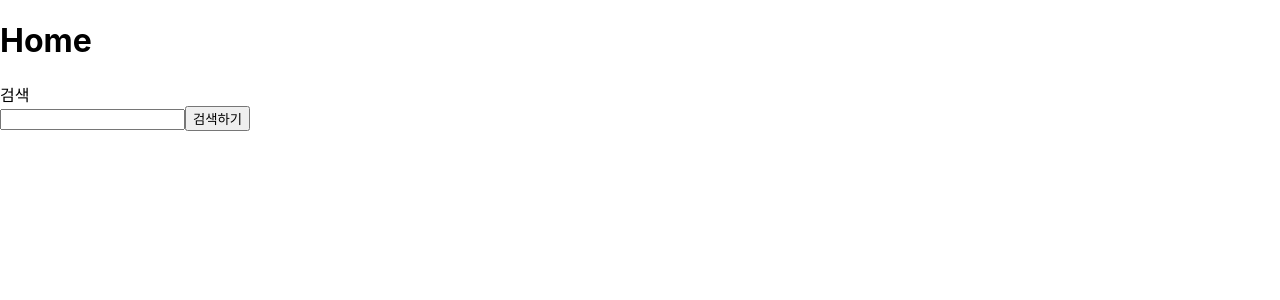
Repository: sunoo-lee/Star-Explore
Page: /
The author's editor kept a copy of each file at every save. The page is drawn from the files as they stood at one save, then again after the next save.
The browser window is 1280 px wide. The pictures show the whole page.
The project was rebuilt for these pictures with package versions that can differ from the ones it lists, and the page was loaded fresh each time.

Above is the page before, as saved 2022-10-14 03:03:38.

After the next save:
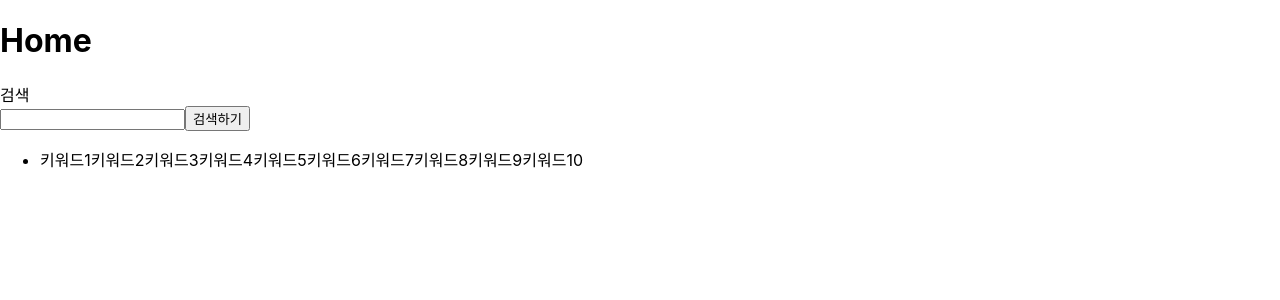
Saved 2 min 25 s later.
--- a/src/routes/Home.js
+++ b/src/routes/Home.js
@@ -10,6 +10,22 @@ const Home = () => {
           <input type="text" />
           <button>검색하기</button>
         </form>
+        <div className="keyword">
+          <ul>
+            <li>
+              <span>키워드1</span>
+              <span>키워드2</span>
+              <span>키워드3</span>
+              <span>키워드4</span>
+              <span>키워드5</span>
+              <span>키워드6</span>
+              <span>키워드7</span>
+              <span>키워드8</span>
+              <span>키워드9</span>
+              <span>키워드10</span>
+            </li>
+          </ul>
+        </div>
       </div>
     </div>
   );
